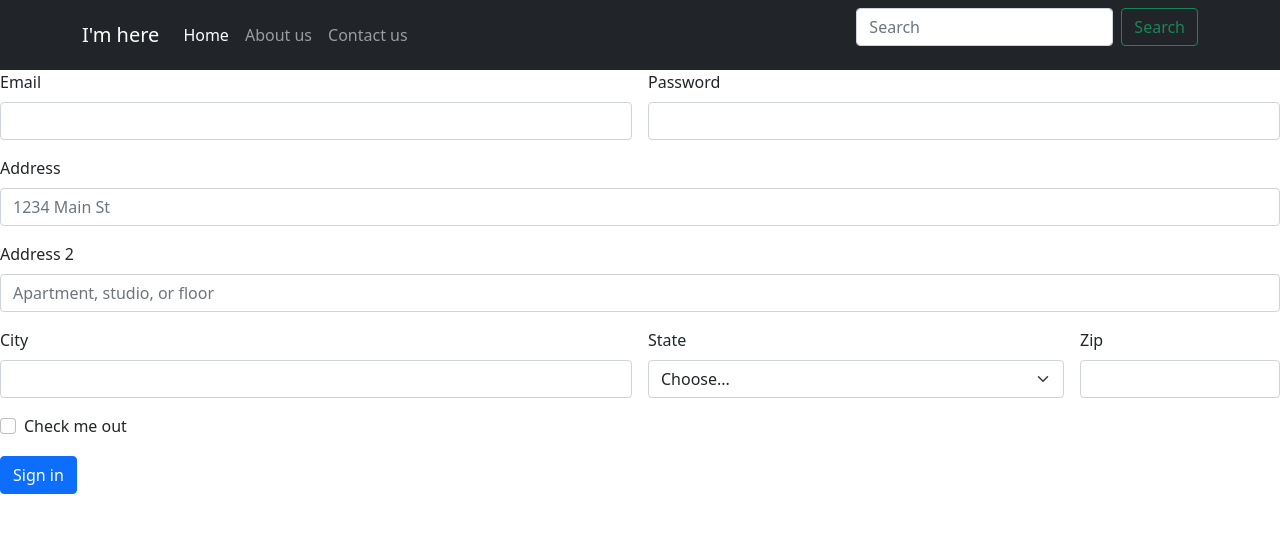
Repository: ritikalohia/Django-beginners-
Page: textutiles/templates/contact.html
An editor plug-in stored every save of this project. The page is shown before and after a run of saves, followed by the edit.
The browser window is 1280 px wide. The page is 1288 px wide, then 1280 px, so the pictures cover 1288 px, including what lies to the right of the window. The pictures show the whole page.

Above is the page before, as saved 2021-05-22 21:17:32.

### textutiles/templates/contact.html
<DOCTYPE html>
<html lang="en">
<head>
    <meta charset="UTF-8">
    <title>home/contact</title>

    <!-- Required meta tags -->
    <meta charset="utf-8">
    <meta name="viewport" content="width=device-width, initial-scale=1">

    <!-- Bootstrap CSS -->
    <link href="https://cdn.jsdelivr.net/npm/bootstrap@5.0.1/dist/css/bootstrap.min.css" rel="stylesheet" integrity="sha384-+0n0xVW2eSR5OomGNYDnhzAbDsOXxcvSN1TPprVMTNDbiYZCxYbOOl7+AMvyTG2x" crossorigin="anonymous">
</head>
<body>

    <nav class="navbar navbar-expand-lg navbar-dark bg-dark">
        <div class="container">
        <button class="navbar-toggler" type="button" data-bs-toggle="collapse" data-bs-target="#navbarTogglerDemo01" aria-controls="navbarTogglerDemo01" aria-expanded="false" aria-label="Toggle navigation">
            <span class="navbar-toggler-icon"></span>
        </button>
        <div class="collapse navbar-collapse" id="navbarTogglerDemo01">
            <a class="navbar-brand" href="#">I'm here</a>
        <ul class="navbar-nav me-auto mb-2 mb-lg-0">
            <li class="nav-item">
                <a class="nav-link active" aria-current="page" href="#">Home</a>
            </li>
            <li class="nav-item">
                <a class="nav-link" href="/about">About us</a>
            </li>
            <li class="nav-item">
                <a class="nav-link" href="/contact">Contact us</a>
            </li>
        </ul>
      <form class="d-flex">
        <input class="form-control me-2" type="search" placeholder="Search" aria-label="Search">
        <button class="btn btn-outline-success" type="submit">Search</button>
      </form>
    </div>
    </div>
    </nav>


    <form class="row g-3">
  <div class="col-md-6">
    <label for="inputEmail4" class="form-label">Email</label>
    <input type="email" class="form-control" id="inputEmail4">
  </div>
  <div class="col-md-6">
    <label for="inputPassword4" class="form-label">Password</label>
    <input type="password" class="form-control" id="inputPassword4">
  </div>
  <div class="col-12">
    <label for="inputAddress" class="form-label">Address</label>
    <input type="text" class="form-control" id="inputAddress" placeholder="1234 Main St">
  </div>
  <div class="col-12">
    <label for="inputAddress2" class="form-label">Address 2</label>
    <input type="text" class="form-control" id="inputAddress2" placeholder="Apartment, studio, or floor">
  </div>
  <div class="col-md-6">
    <label for="inputCity" class="form-label">City</label>
    <input type="text" class="form-control" id="inputCity">
  </div>
  <div class="col-md-4">
    <label for="inputState" class="form-label">State</label>
    <select id="inputState" class="form-select">
      <option selected>Choose...</option>
      <option>...</option>
    </select>
  </div>
  <div class="col-md-2">
    <label for="inputZip" class="form-label">Zip</label>
    <input type="text" class="form-control" id="inputZip">
  </div>
  <div class="col-12">
    <div class="form-check">
      <input class="form-check-input" type="checkbox" id="gridCheck">
      <label class="form-check-label" for="gridCheck">
        Check me out
      </label>
    </div>
  </div>
  <div class="col-12">
    <button type="submit" class="btn btn-primary">Sign in</button>
  </div>
</form>
</body>
</html>

After the next 6 saves:
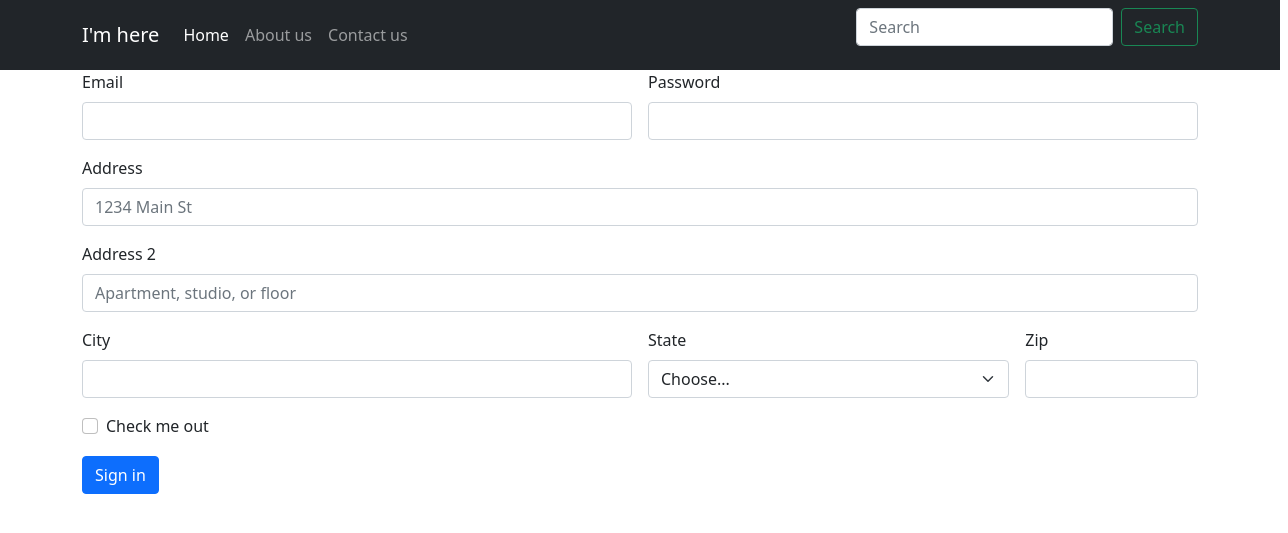
The 6 saves are shown as one change because they came seconds apart.
The last was saved 17 s later.
--- a/textutiles/templates/contact.html
+++ b/textutiles/templates/contact.html
@@ -39,11 +39,11 @@
     </div>
     </nav>
 
-
+    <div class="container">
     <form class="row g-3">
-  <div class="col-md-6">
-    <label for="inputEmail4" class="form-label">Email</label>
-    <input type="email" class="form-control" id="inputEmail4">
+      <div class="col-md-6">
+        <label for="inputEmail4" class="form-label">Email</label>
+        <input type="email" class="form-control" id="inputEmail4">
   </div>
   <div class="col-md-6">
     <label for="inputPassword4" class="form-label">Password</label>
